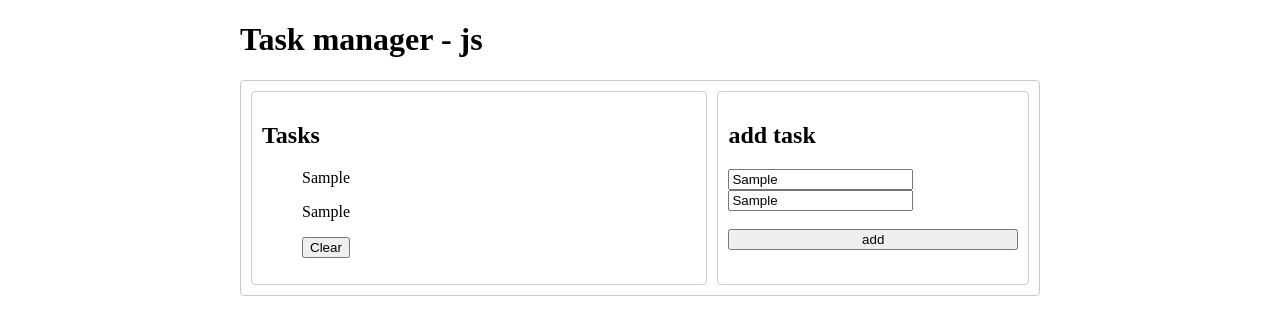
Repository: iKrekus/taskmgr-js
Page: index.html
An editor plug-in stored every save of this project. The page is shown before and after the next save, followed by the edit.
The browser window is 1280 px wide. The pictures show the whole page.
Empty fields were first filled with sample values (such as "Sample", 5 or name@example.com).
After loading, the first visible `#btn-add` was clicked once.

Above is the page before, as saved 2024-03-15 08:50:02.
Console error: TypeError: Cannot read properties of null (reading 'addEventListener')

After the next save:
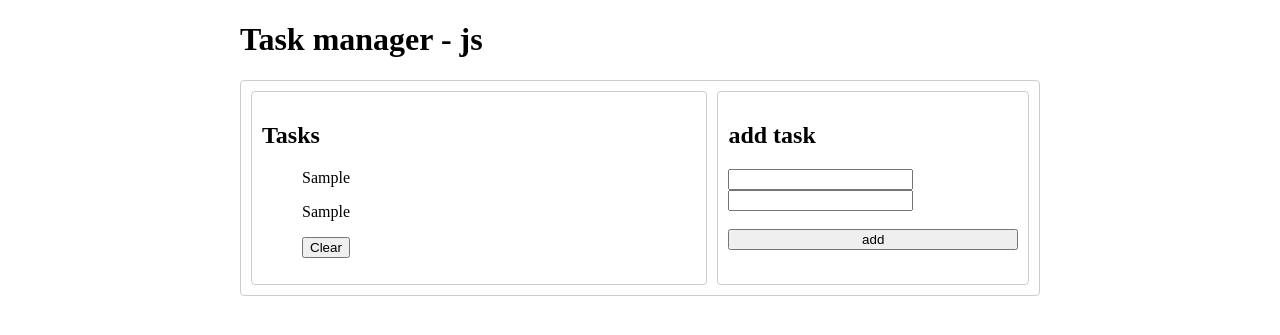
The error is gone.
Saved 33 min 53 s later.
--- a/app.js
+++ b/app.js
@@ -22,17 +22,16 @@ function createTask (name, description) {
   const task = taskTemplate.cloneNode(true);
   task.querySelector('.task-title').textContent = name;
   task.querySelector('.task-description').textContent = description;
+  task.querySelector('.btn__remove').addEventListener('click', function() {
+    this.remove();
+  })
   renderTask(task)
 }
 
 function renderTask (elem) {
   const taskElement = document.createDocumentFragment();
   taskElement.append(elem);
-
   taskTitle.append(taskElement);
-  taskElement.querySelector('.btn__remove').addEventListener('click', function() {
-    taskElement.remove();
-  })
 }
 
 // function addTask (element) {
